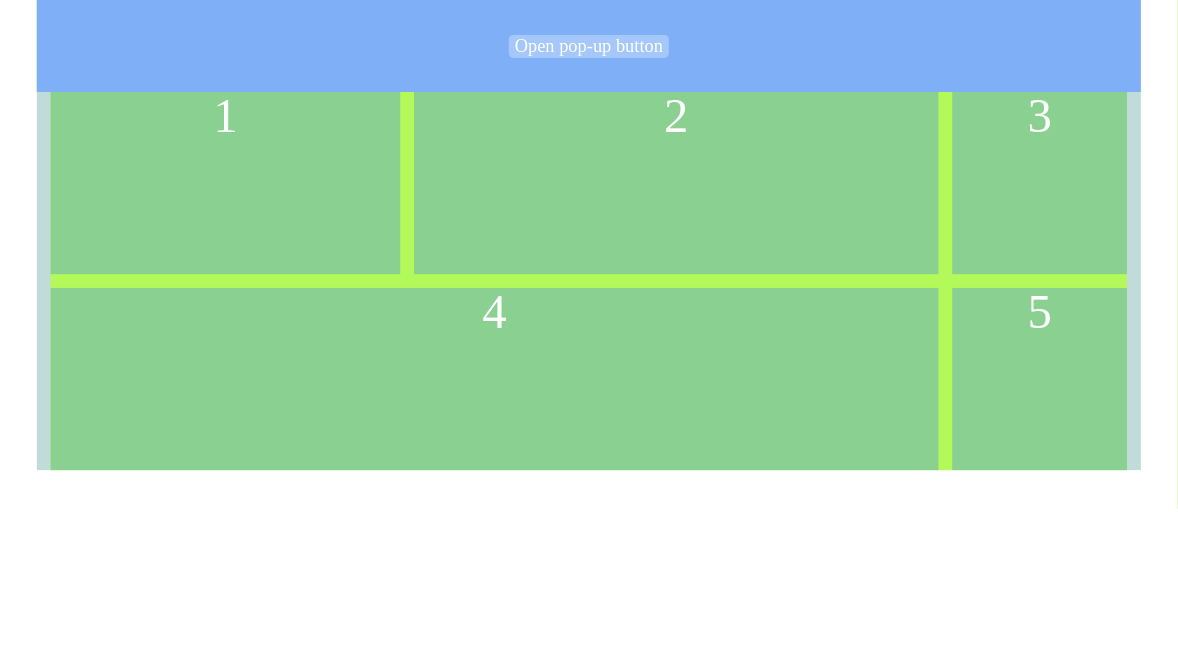
Repository: Evgenius190999999/nodasoft
Page: index.html
These files come from the project's save history. The page is drawn as it stood at one moment and after the next save; the edit follows.
The browser window is 1280 px wide. The pictures show the whole page, at 92% of full size.
Some web libraries are served in a nearby version. The style sheet was rebuilt from its Sass, Less or Tailwind sources for each picture, by a compiler version that may differ from the author's.

Above is the page before, as saved 2022-07-08 14:52:37.

After the next save:
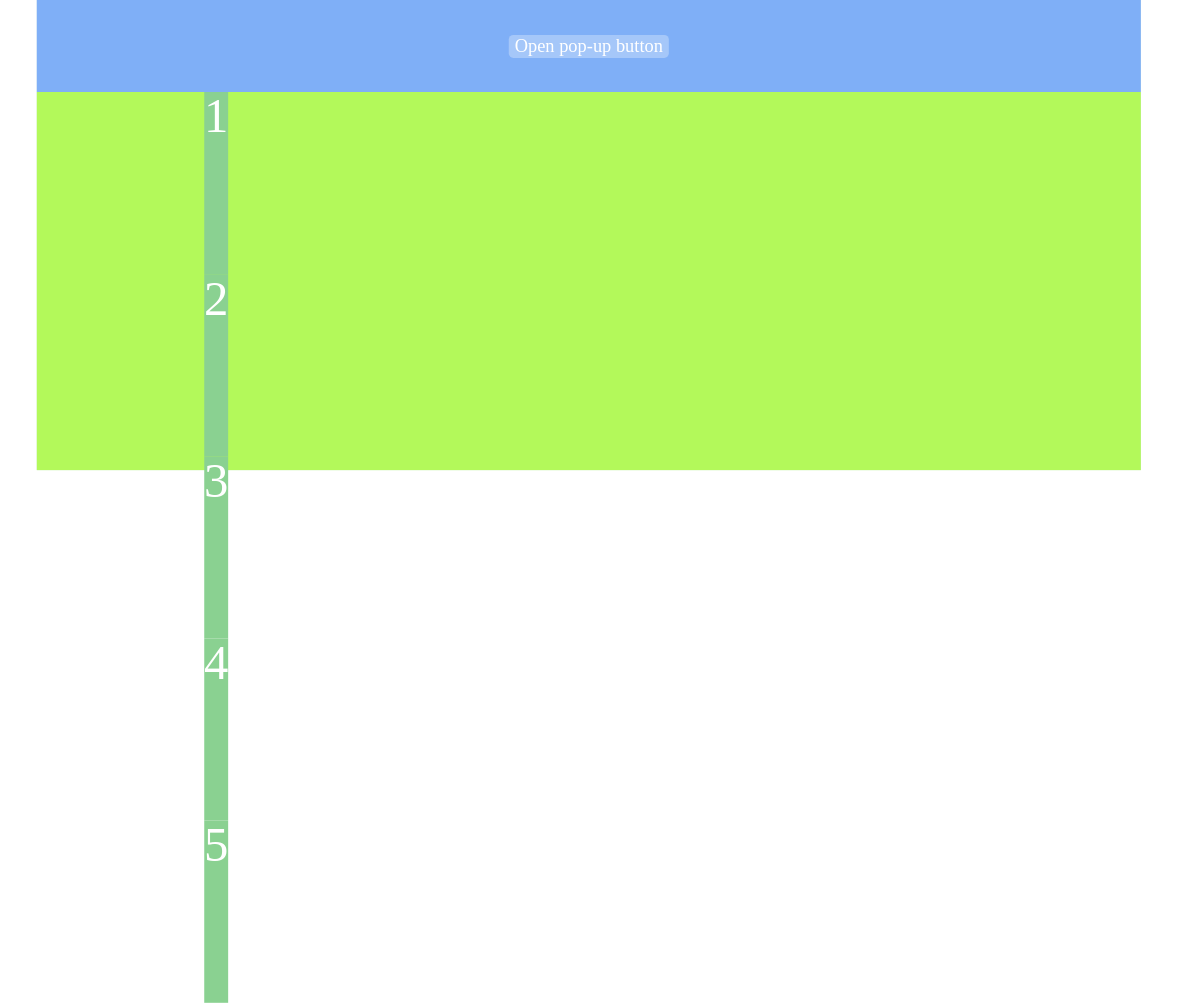
Saved 12 s later.
--- a/index.html
+++ b/index.html
@@ -19,12 +19,14 @@
                 <button class="open__popup">Open pop-up button</button>
             </div>
         </header>
-        <div class="parent container">
-            <div class="div1">1</div>
-            <div class="div2">2</div>
-            <div class="div3">3</div>
-            <div class="div4">4</div>
-            <div class="div5">5</div>
+        <div class="parent">
+            <div class="container">
+                <div class="div1">1</div>
+                <div class="div2">2</div>
+                <div class="div3">3</div>
+                <div class="div4">4</div>
+                <div class="div5">5</div>
+            </div>
         </div>
     </div>
 

After the save that followed:
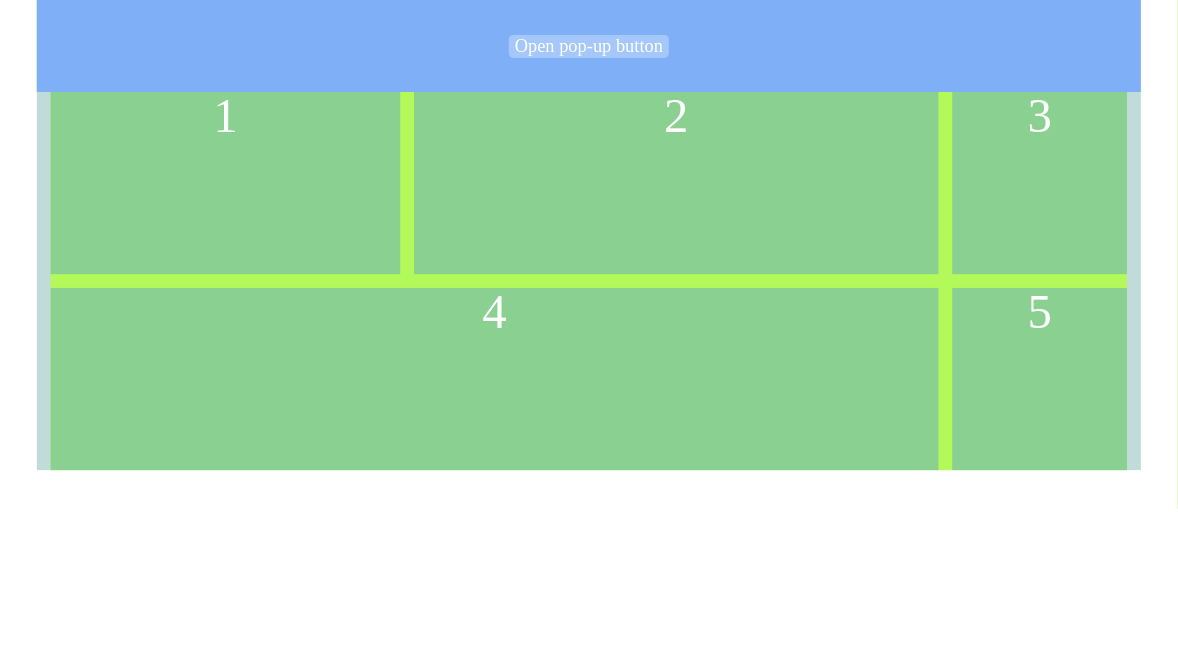
Saved 6 s later.
--- a/index.html
+++ b/index.html
@@ -19,14 +19,12 @@
                 <button class="open__popup">Open pop-up button</button>
             </div>
         </header>
-        <div class="parent">
-            <div class="container">
-                <div class="div1">1</div>
-                <div class="div2">2</div>
-                <div class="div3">3</div>
-                <div class="div4">4</div>
-                <div class="div5">5</div>
-            </div>
+        <div class="parent container">
+            <div class="div1">1</div>
+            <div class="div2">2</div>
+            <div class="div3">3</div>
+            <div class="div4">4</div>
+            <div class="div5">5</div>
         </div>
     </div>
 
